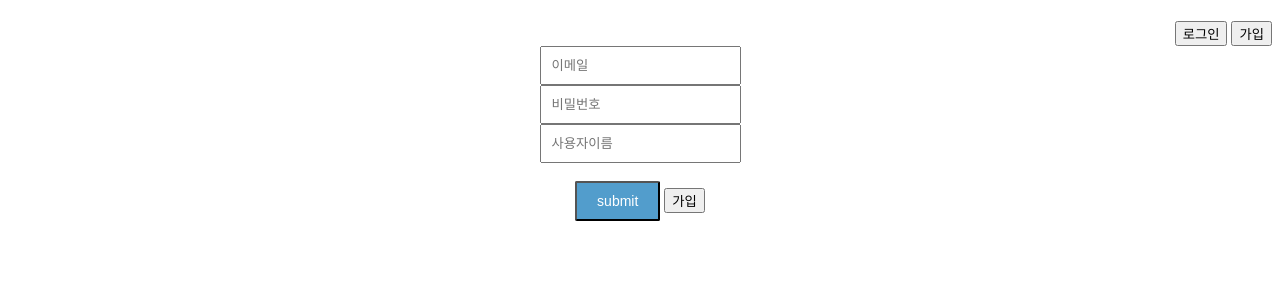
Repository: trapezer84/JSP
Page: http://localhost/AEB_JavaProgramming/
An editor plug-in stored every save of this project. The page is shown before and after the next save, followed by the edit.
The browser window is 1280 px wide. The pictures show the whole page.
The page is served by Tomcat 9.

Above is the page before, as saved 2016-02-15 00:44:48.

After the next save:
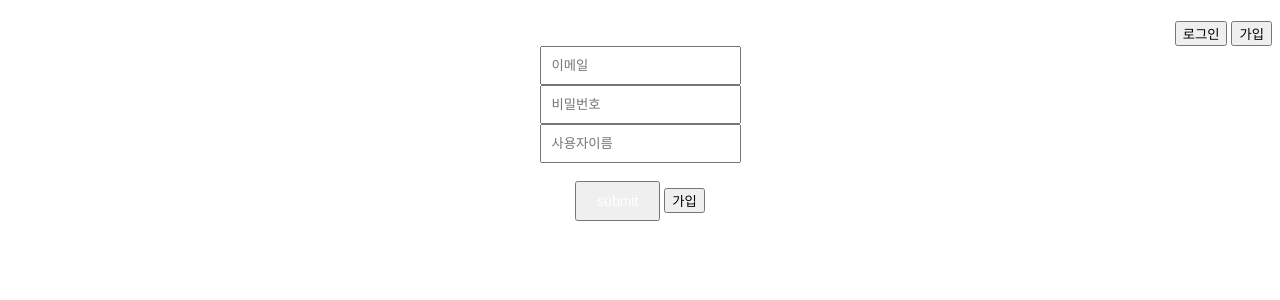
Saved 22 s later.
--- a/AEB_JavaProgramming/WebContent/index.jsp
+++ b/AEB_JavaProgramming/WebContent/index.jsp
@@ -19,11 +19,7 @@
 		top,
 		#529dcc 0%,
 		#529dcc);
-	background: -webkit-gradient(
-		linear, left top, left bottom,
-		from(#529dcc),
-		to(#529dcc));
-	border-radius: 2px;
+
 }
 
 

After the save that followed:
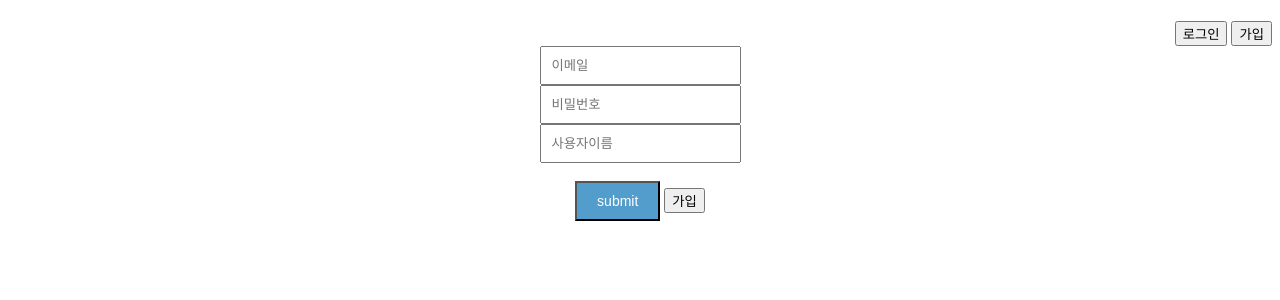
Saved 16 s later.
--- a/AEB_JavaProgramming/WebContent/index.jsp
+++ b/AEB_JavaProgramming/WebContent/index.jsp
@@ -15,11 +15,11 @@
 	font-size: 14px;
 	color: #ffffff;
 	padding: 10px 20px;
-	background: -moz-linear-gradient(
-		top,
-		#529dcc 0%,
-		#529dcc);
 
+	background: -webkit-gradient(
+		linear, left top, left bottom,
+		from(#529dcc),
+		to(#529dcc));
 }
 
 
